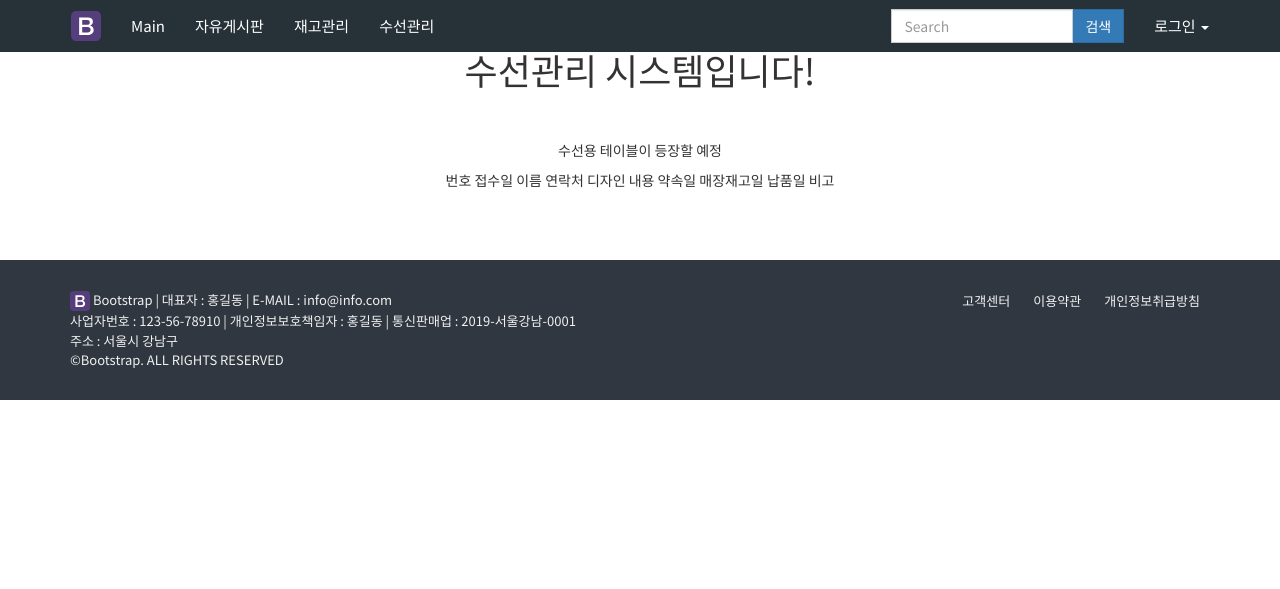
Repository: RattenLegs/Project_Inventory
Page: http://localhost/Project_Inventory/WEB-INF/views/repairboard/repairList.jsp
These files come from the project's save history. The page is drawn as it stood at one moment and after the next save; the edit follows.
The browser window is 1280 px wide. The pictures show the whole page.
Some web libraries are served in a nearby version. The page is served by Tomcat 9. Nobody is signed in. Other server files are loaded and not shown. The template is opened directly, without the code that normally fills it, so the values that code supplies are empty.

Above is the page before, as saved 2022-12-08 16:21:28.

### Project_Inventory/src/main/webapp/WEB-INF/views/repairboard/repairList.jsp
<%@ taglib uri="http://java.sun.com/jsp/jstl/core" prefix="c"%>
<%@ page session="false"%>
<%@ page language="java" contentType="text/html; charset=UTF-8"
	pageEncoding="UTF-8"%><!-- 한글 깨질때 꼭 해야함 -->
<html>
<head>
<meta charset="UTF-8">
<meta http-equiv="X-UA-Compatible" content="IE=edge">
<meta name="viewport" content="width=device-width, initial-scale=1.0">
<title>수선관리 시스템입니다.</title>
<%@ include file="../../views/include/header.jsp"%>

</head>
<body>
	<section>
		<div style="text-align: center">
			<h1>수선관리 시스템입니다!</h1>
		</div>
	</section>
	<section>
		<div style="text-align: center">
			<p>수선용 테이블이 등장할 예정</p>
			<p>번호 접수일 이름 연락처 디자인 내용 약속일 매장재고일 납품일 비고</p>
		</div>
	</section>
	<%@ include file="../../views/include/footer.jsp"%>
</body>

</html>

### Project_Inventory/src/main/webapp/WEB-INF/views/include/header.jsp
<%@ page language="java" contentType="text/html; charset=UTF-8"
    pageEncoding="UTF-8"%>
<%@ taglib uri="http://java.sun.com/jsp/jstl/core" prefix="c" %>

<!DOCTYPE html>
<html>
<head>

    <meta charset="utf-8">
    <meta http-equiv="X-UA-Compatible" content="IE=edge">
    <meta name="viewport" content="width=device-width, initial-scale=1">
    <title>인덱스를 만들어 보자</title>

	<!--
		${pageContext.request.contextPath} == <c:url value='' />
	 -->

    <link href="${pageContext.request.contextPath}/resources/css/bootstrap.css" rel="stylesheet">
    <script src="https://ajax.googleapis.com/ajax/libs/jquery/1.11.2/jquery.min.js"></script>
    <!--개인 디자인 추가-->
    <link href="${pageContext.request.contextPath}/resources/css/style.css" rel="stylesheet">
    <script src="${pageContext.request.contextPath}/resources/js/bootstrap.js"></script>
</head>
<body>
	<header>
        <div class="container-fluid">
            <div class="row">
                <div class="container">
                    <div class="navbar">
                        <div class="navbar-header">
                            <!--data-toggle 같은 것들은 내부적으로 지원하는 반응형 API기능이므로 지우면 안됩니다-->
                            <button type="button" class="navbar-toggle" data-toggle="collapse" data-target="#myNavbar">
                                <span class="icon-bar"></span>
                                <span class="icon-bar"></span>
                                <span class="icon-bar"></span>
                            </button>
                            <a class="navbar-brand" href="#"><img width="30" src="${pageContext.request.contextPath }/resources/img/logo.svg" alt="Brand"></a>
                        </div>


                        <div class="collapse navbar-collapse" id="myNavbar">
                            <ul class="nav navbar-nav">
                                <li class="active"><a href="<c:url value='/' />">Main</a></li>
                                <li><a href="<c:url value='/freeboard/freeboard' />">자유게시판</a></li>
                                <li><a href="<c:url value='/inventoryboard/inventoryList' />">재고관리</a></li>
                                <li><a href="<c:url value='/repairboard/repairList' />">수선관리</a></li>
                                <!--
				<li><a href="#">강의</a></li>
                                <li><a href="#">Form</a></li>
                                <li><a href="#">Board</a></li>
 				-->

                            </ul>
                            <ul class="nav navbar-nav navbar-right">
                                <li class="dropdown">
                                    <a class="dropdown-toggle" data-toggle="dropdown" href="#">로그인
                                        <span class="caret"></span></a>
                                    <ul class="dropdown-menu">
                                        <li><a href="<c:url value='/user/userJoin' />"><span class="glyphicon glyphicon-user"></span>Join</a></li>
                                        <li><a href="#"><span class="glyphicon glyphicon-log-in"></span>Login</a></li>
                                        <li><a href="#"><span class="glyphicon glyphicon-user"></span>MyPage</a></li>
                                        <li><a href="#"><span class="glyphicon glyphicon-log-out"></span>Logout</a></li>
                                    </ul>
                                </li>
                            </ul>

                            <form class="navbar-form navbar-right" action="">
                                <div class="input-group">
                                    <input type="text" class="form-control" placeholder="Search">
                                    <div class="input-group-btn">

                                        <button class="btn btn-primary" type="submit">
                                           	 검색
                                        </button>
                                    </div>
                                </div>
                            </form>
                        </div>
                    </div>
                </div>
            </div>
        </div>
    </header>

### Project_Inventory/src/main/webapp/WEB-INF/views/include/footer.jsp
<%@ page language="java" contentType="text/html; charset=UTF-8"
    pageEncoding="UTF-8"%>
    <footer>
        <div class="container">
            <div class="row">
                <div class="col-md-7 col-sm-12">
                    <div class="copyright">
                        <a href="">
                            <img width="20" src="${pageContext.request.contextPath }/resources/img/logo.svg" alt="Brand">
                        </a>
                        Bootstrap | 대표자 : 홍길동 | E-MAIL : info&#64;info.com<br>
                        사업자번호 : 123-56-78910 | 개인정보보호책임자 : 홍길동 | 통신판매업 : 2019-서울강남-0001<br>
                        주소 : 서울시 강남구
                        <address>&copy;Bootstrap. ALL RIGHTS RESERVED</address>
                    </div>
                </div>
                <div class="col-md-5 col-sm-12 text-right">
                    <ul class="footer-menu">
                        <li><a href="#">고객센터</a></li>
                        <li><a href="#">이용약관</a></li>
                        <li><a href="#">개인정보취급방침</a></li>
                    </ul>
                </div>
            </div>
        </div>
    </footer>
    <!-- //footer -->

### Project_Inventory/src/main/webapp/resources/css/style.css
/*=========웹폰트 선언=========*/
@import
	url('https://fonts.googleapis.com/css?family=Noto+Sans+KR&display=swap')
	;
/*===========================*/

/*디자인 시작시 기본 선언*/
* { /* 기본선언: 마딩, 패딩 0, 요소크기에 padding, border값을 포함 x*/
	padding: 0;
	margin: 0;
	box-sizing: border-box;
}

body, html {
	width: 100%;
	min-width: 320px;
	font-family: 'Noto Sans KR', sans-serif; /*웹폰트 사용*/
}

img {
	max-width: 100%; /*사이즈가 변해도 넓이를 유지 */
	height: auto; /*사이즈가 변해도 높이를 유지 */
	/*vertical-align: top;*/
}

input, textarea, button, select {
	/*고유하게 적용되어있는 form관련 요소들을 제거해서 여러브라우저에서 동일한디자인을 얻게함*/
	-webkit-appearance: none;
	-moz-appearance: none;
	appearance: none;
	border: none
}

ul, ol, dl, li {
	list-style: none /*순서 요소들이 리스트스타일을 업앤다 */
}

.btn {
	border-radius: 0px;
}

/*=========헤더=========*/
.carousel-control.right, .carousel-control.left {
	background-image: linear-gradient(to right, rgba(0, 0, 0, .0001) 0%,
		rgba(0, 0, 0, 0) 100%)
}
header {
	position: fixed;
	left: 0;
	top: 0;
	width: 100%;
	z-index: 50; /*position을 이용하면 요소가 겹쳐질 수 있다. 숫자가 제일 높은값이 위로 떠오른다*/
}
header {
	background: #263238;
}

section {
	margin-top: 50px;
}

/*header 의 모든 컨테이너 클래스에 적용함 */
header .container {
	padding: 0;
}
/*navbar의 margin: 0으로 */
.navbar {
	margin-bottom: 0px;
}
/*이미지 위치 조정 */
.navbar-brand {
	padding: 10px 15px;
}
/*nav의 a변경*/
.nav>li>a {
	font-size: 15px;
	color: white;
}
/*na의 a 호버시 기능 변경 */
.nav>li>a:hover, .nav>li>a:focus {
	background-color: #304047;
}

/* 토글메뉴 윤곽색 변경 */
.navbar-toggle {
	border-color: white;
}

.navbar-toggle>.icon-bar {
	background-color: white;
}
/*개발자도구에서 확인후 색깔변경*/
.nav .open>a:focus {
	background-color: #304047;
}
/*부트스트랩의 드롭다운시 a태그 색상변경  */
.dropdown-menu>li>a {
	color: #f5f5f5;
}
/*======슬라이더=======*/
.slide-list {
	padding: 0;
}
/* ===================================
    Footer style
====================================== */
footer {
	margin-top: 70px;
	background-color: #303740;
	padding: 30px 0;
}

footer .copyright {
	font-size: 13px;
	line-height: 20px;
	color: #f1f1f1;
}

footer .copyright address {
	margin-bottom: 0;
}

footer .footer-menu li {
	display: inline-block;
	padding: 0 10px;
}

footer .footer-menu li a {
	display: block;
	color: #f1f1f1;
	font-size: 13px;
}

/*===========본문=========== */
/*섹션전체에 패딩 추가*/
section {
	/*위 60px 나머지 0 */

}

.prod-list, .prod-link {
	border: 1px solid #ddd; /*윤곽 1, 한줄, 색상 */
	display: block; /* 블락요소로 변경 반드시 필요 */
	text-align: center; /*이미지 가운데 정렬*/
	/* position: relative;*/
}
/*기본 부트설정은 좌우 15px임 -> col에 대해 전부 5px로 바꿔버린다*/
.prod-list, .prod-list>li[class*="col-"] {
	padding: 5px;
}

/*호버기능 추가*/
.prod-link:hover {
	border-color: #4285F4;
}

.prod-link>.arrow {
	display: block; /*span은 인라인 요소입니다 인라인요소는 position속성을 사용할수 없습니다*/
	position: absolute;
	/*원래 위치에서 따로 띠어내어 부모위치로 조정한다 width, heigth를 필수로 지정해야한다*/
	left: 15px; /*좌우 위치조정 left, right 중 한개만쓴다*/
	bottom: 15px; /*위아래 위치조정 top, bottom 중한개만 쓴다 */
	width: 36px; /* 넓이값 조정 */
	height: 36px; /* 높이값 조정*/
	line-height: 36px; /*텍스트가 위치에 맞게 높이와 동일하게 설정 */
	background-color: #ccc;
	color: #fff;
	opacity: 1; /*투명도*/
}
/* .hover클래스의 넓이 색상 투명도*/
.prod-link>.hover {
	width: 100px;
	background-color: #4285F4;
	opacity: 0;
}
/*link호버시 arrow클래스를 투명도 0*/
.prod-link:hover>.arrow {
	opacity: 0;
}
/*link호버시 hover클래스를 투명도 1*/
.prod-link:hover>.hover {
	opacity: 1;
}

/*========회원가입 폼 디자인=========*/
/*제목박스(계속사용) */
.titlebox {
	width: 250px;
	text-align: center;
	height: 40px;
	line-height: 40px;
	margin: 70px auto;
	border-top: 1px solid #E1E1E1;
	border-bottom: 1px solid #E1E1E1;
}

.join-form {
	margin: 0 auto;
	/*가운대 정렬방법 하지만 적용되지 않는다. 이유는 col클래스들이 float:left를 들고 있기 때문*/
	float: none; /*플롯을 해제한다. 가운대정렬이 들어간다*/
}
/*조인폼클래스의 form태그의 접근 */
.join-form form {
	border-radius: 8px; /*윤곽 8*/
	padding: 15px; /*모든 패딩 15*/
	/*박스 쉐도우: 그림자가 가로로떨어진간격, 세로로떨어진 간격, 흐릿정도, 그림자색상*/
	box-shadow: 0px 8px 16px rgba(0, 0, 0, 0.15)
}

.input-group-addon {
	padding: 0;
	border: none; /*윤곽 모두 0*/
	border-radius: 0;
}
/*폼컨트롤, 인풋그룹 내부에 모든 버튼 라디우스 0 */
.form-control, .form-group .btn {
	border-radius: 0;
}
/*포커스시 윤곽 색 변경*/
.form-control:focus {
	border-color: #555;
}
/* 핸드폰폼 디자인 */
.input-group .phone1 {
	width: 33.3333%;
}

.input-group .phone2 {
	width: 66.6666%;
}
/*이메일폼 디자인 */
.email-form {
	box-sizing: border-box;
	overflow: hidden;
}

.email-form input {
	width: 33.33%;
	float: left;
}

.email-form select {
	width: 66.66%;
	float: left;
}
/*=========로그인 디자인==========*/
.login-form {
	margin: 0 auto;
	float: none;
}

.login-form form {
	border-radius: 8px; /*윤곽 8*/
	padding: 70px 120px; /*위아래, 좌우*/
	/*박스 쉐도우: 그림자가 가로로떨어진간격, 세로로떨어진 간격, 흐릿정도, 그림자색상*/
	box-shadow: 0px 8px 16px rgba(0, 0, 0, 0.15);
	margin-bottom: 174px; /*화면에 딱맞게 밀어준다*/
}

/*========회원정보 디자인=========*/
.m-control .m-title {
	min-width: 100px; /*화면줄었을때 최소크기*/
	vertical-align: middle; /*가운대 정렬*/
}

.m-control .form-control {
	width: 200px;
	display: inline; /*인라인요소로 변경한다*/
}
/*개발자 도구에서 input-sm의 정렬을 푼다*/
.m-control .input-sm {
	height: auto;
	line-height: normal;
}
/*sel의 크기만 지정*/
.m-control  .sel {
	width: 80px;
}

.m-control .add {
	width: 400px;
}

.titlefoot {
	text-align: center; /*인라인의 텍스트정렬 가운데*/
	margin: 30px auto; /*박스의 가운데정렬*/
	width: 50%; /*크기 50%*/
}

/*==========자게 디자인==========*/
.titlebox {
	width: 250px;
	text-align: center;
	height: 40px;
	line-height: 40px;
	margin: 70px auto;
	border-top: 1px solid #E1E1E1;
	border-bottom: 1px solid #E1E1E1;
}
/*자게 그리드*/
.board-table {
	float: none; /*col의 플로팅 해제 */
	margin: 0 auto;
}
/*---검색버튼--- */
.search-wrap {
	overflow: hidden; /*부모요소에 히든 */
	margin-bottom: 20px;
}

.search-btn, .search-input, .search-select {
	float: right; /*우측 플로팅 */
}

.search-input {
	width: 140px;
}

.search-select {
	width: 80px;
}

/*제목에 클래스를 줘서 강제로 크기 고정*/
.board-title {
	width: 300px;
}
/*th의 순차적 접근 색상변경 */
.table-bordered>thead>tr>th {
	background-color: #E7F2F9;
	color: #003366;
}

/*테이블 안에 a태그에 순차적 접근 */
.table-bordered>tbody>tr>td>a, .table-bordered>tbody>tr>td>a:hover {
	color: black;
}

.pagination {
	margin: 0; /*페이지 네이션의 기본 마진 0*/
}

.text-center .btn {
	float: right; /*오른쪽으로 쌓아서 우측정렬 시킨다*/
	border: 0; /*border스타일 해제*/
	border-radius: 0; /*윤곽 0*/
	padding: 5px 10px; /*버튼 패딩을 페이지네이션과 맞춘다*/
}

/*==========자게 글쓰기==========*/
.titlebox {
	width: 250px;
	text-align: center;
	height: 40px;
	line-height: 40px;
	margin: 70px auto;
	border-top: 1px solid #E1E1E1;
	border-bottom: 1px solid #E1E1E1;
}

.t-control .t-title {
	width: 100px;
	min-width: 100px; /*화면줄었을때 최소크기*/
	vertical-align: middle; /*테이블에서 세로 가운대정렬*/
}

/*input 요소의 넓이만 선택*/
.t-control input {
	width: 200px;
	display: inline; /*인라인요소로 변경한다*/
}

/*개발자 도구에서 input-sm의 정렬을 푼다*/
.t-control .input-sm {
	height: auto;
	line-height: normal;
}
/*td의 아래만 밑줄*/
.t-control td {
	border-bottom: 1px solid #E1E1E1;
}

.titlefoot {
	text-align: center;
	margin: 30px auto; /*박스의 가운데정렬*/
	width: 50%; /*크기 50%*/
}
/*==========자게 상세보기==========*/
.write-wrap {
	margin: 0 auto;
	/*가운대 정렬방법 하지만 적용되지 않는다. 이유는 col클래스들이 float:left를 들고 있기 때문*/
	float: none; /*플롯을 해제한다. 가운대정렬이 들어간다*/
}
/*=======댓글========*/
.reply-wrap {
	background-color: #f5f5f5;
	padding: 15px;
	border: 1px solid #ddd;
	position: relative; /*부모에 relative*/
}

.reply-wrap .reply-image {
	position: absolute; /*자식에서 absolute로 부모요소 위치로 조정*/
	left: 15px;
	top: 15px;
}

.reply-wrap .reply-content {
	padding-left: 60px;
}
/*부트스트랩의 form-control 조정 */
.reply-content>.form-control {
	resize: vertical; /*세로로만 조정가능*/
	width: 100%; /*최대 100%*/
	min-height: 80px; /*최대 넓이*/
	margin-bottom: 10px;
}

.reply-input>.form-control {
	width: 200px;
	margin-bottom: 5px;
}

.reply-group {
	overflow: hidden;
}

.reply-input {
	float: left;
}

.reply-group .right {
	float: right;
}

/*댓글 영역*/
.reply-group small {
	margin-left: 10px;
	height: 20px;
	line-height: 20px;
}

.reply-group small, .reply-group strong {
	float: left;
}

.reply-group a {
	text-decoration: none;
	color: #777;
	float: right;
}
/*댓글창 포커스시 서서히 보이기 */
.reply-content textarea {
	height: 50px;
	transition: height .4s ease-in-out;
}

.reply-content textarea:focus {
	height: 150px;
}
/*==========토글탭 mypage==========*/
.tabs-style {
	background-color: #607D8B;
}
/*탭버튼 아래 마진 50*/
.tabs-style {
	margin-bottom: 50px;
}

.tabs-style>li {
	margin-bottom: 0;
}

.tabs-style li a {
	background-color: #607D8B;
	border: none;
	margin: 0;
	border-radius: 0px;
}

.tabs-style li.active a, .tabs-style li.active a:hover, .tabs-style li.active a:focus
	{
	border: none;
	background-color: #56707D;
	color: #fff;
}

.myInfo {
	margin: 0 auto;
	float: none;
}

.myInfo-inner {
	margin: 0;
	float: none;
}

/*==========mypage check==========*/
.infoCheck {
	margin: 0 auto;
	float: none;
}

.infoCheck-form ul {
	width: 270px;
	margin: 0 auto;
}

.infoCheck-form li {
	position: relative;
	padding-left: 95px;
}

.infoCheck-form li .lab {
	font-size: 20px;
	position: absolute;
	top: 0;
	left: 0;
}

.infoCheck-form input {
	width: 170px;
	margin: 0;
}

.infoCheck .alert {
	margin-bottom: 50px;
	border-radius: 0;
}

.infoCheck-btn {
	width: 270px;
	margin-top: 40px;
	margin: 0 auto;
}

.infoCheck-btn button {
	margin-top: 20px;
	padding: 5px 51.5px;
}

### Project_Inventory/src/main/webapp/resources/img/logo.svg
<svg xmlns="http://www.w3.org/2000/svg" viewBox="0 0 612 612" focusable="false" role="img">
  <title>Bootstrap</title>
  <path fill="#563D7C" d="M612 510c0 56.1-45.9 102-102 102H102C45.9 612 0 566.1 0 510V102C0 45.9 45.9 0 102 0h408c56.1 0 102 45.9 102 102v408z"/>
  <path fill="#FFF" d="M166.3 133h173.5c32 0 57.7 7.3 77 22s29 36.8 29 66.5c0 18-4.4 33.4-13.2 46.2-8.8 12.8-21.4 22.8-37.8 29.8v1c22 4.7 38.7 15.1 50 31.2 11.3 16.2 17 36.4 17 60.8 0 14-2.5 27.1-7.5 39.2-5 12.2-12.8 22.7-23.5 31.5s-24.3 15.8-41 21-36.5 7.8-59.5 7.8h-164V133zm62.5 149.5h102c15 0 27.5-4.2 37.5-12.8s15-20.8 15-36.8c0-18-4.5-30.7-13.5-38s-22-11-39-11h-102v98.6zm0 156.5h110.5c19 0 33.8-4.9 44.2-14.8 10.5-9.8 15.8-23.8 15.8-41.8 0-17.7-5.2-31.2-15.8-40.8s-25.2-14.2-44.2-14.2H228.8V439z"/>
</svg>

Loaded but not shown: Project_Inventory/src/main/webapp/resources/css/bootstrap.css (library); Project_Inventory/src/main/webapp/resources/js/bootstrap.js (library)

After the next save:
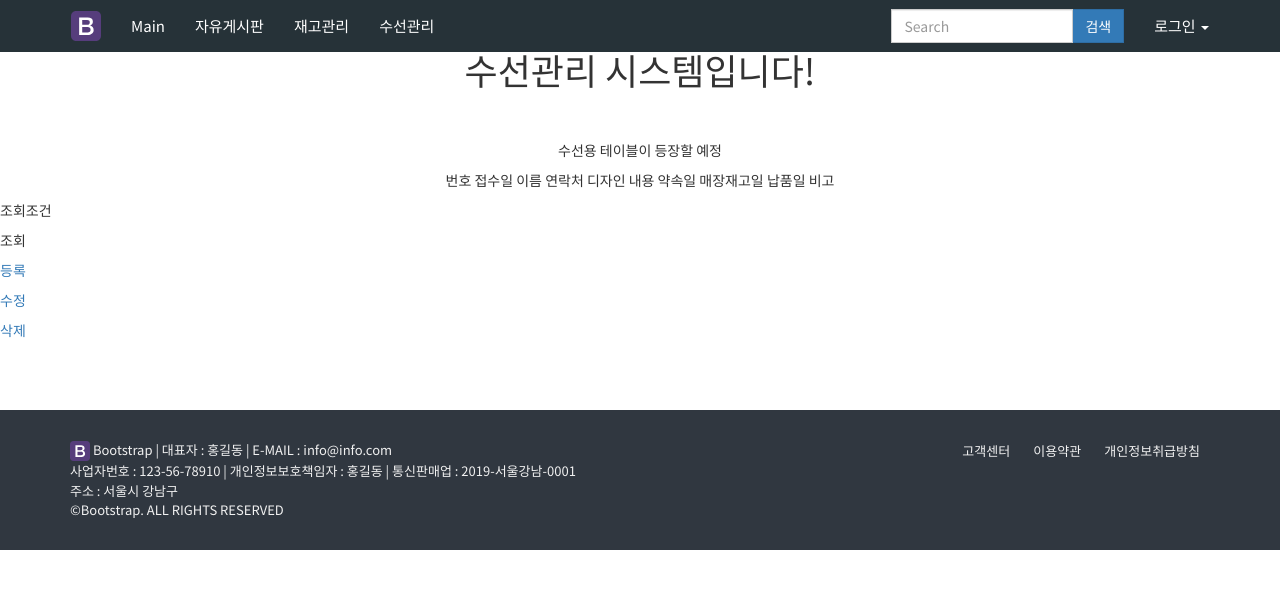
Saved 8 min 45 s later.
--- a/Project_Inventory/src/main/webapp/WEB-INF/views/repairboard/repairList.jsp
+++ b/Project_Inventory/src/main/webapp/WEB-INF/views/repairboard/repairList.jsp
@@ -22,6 +22,15 @@
 			<p>수선용 테이블이 등장할 예정</p>
 			<p>번호 접수일 이름 연락처 디자인 내용 약속일 매장재고일 납품일 비고</p>
 		</div>
+
+		<div>
+			<p>조회조건</p>
+			<p>조회</p>
+			<p><a href="<c:url value='/repairboard/addRepair'/>">등록</p>
+			<p>수정</p>
+			<p>삭제</p>
+
+		</div>
 	</section>
 	<%@ include file="../../views/include/footer.jsp"%>
 </body>
